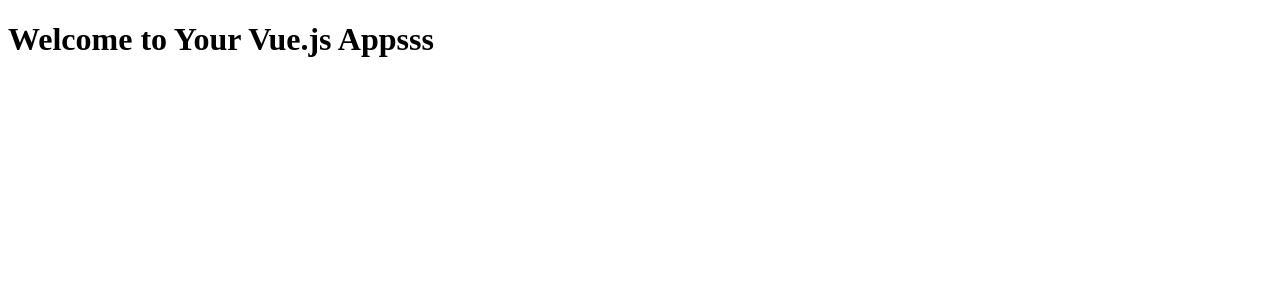
Repository: no-na-ka/test-validate
Page: /
These files come from the project's save history. The page is drawn as it stood at one moment and after the next save; the edit follows.
The browser window is 1280 px wide. The pictures show the whole page.
The project was rebuilt for these pictures with package versions that can differ from the ones it lists, and the page was loaded fresh each time. Also part of the build but not shown: webpack.config.js.

Above is the page before, as saved 2019-03-27 17:30:24.

### index.html
<!DOCTYPE html>
<html>
  <head>
    <meta http-equiv="X-UA-Compatible" content="IE=edge">
    <meta charset="utf-8">
    <title>vue-tutorial</title>
  </head>
<body>

<div id="app">
</div>

<script type="text/javascript" src="dist/bundle.js"></script>

</body>
</html>

### src/index.js
import Vue from 'vue';
import App from './App';
import VeeValidate from 'vee-validate';

Vue.use(VeeValidate);


Vue.config.productionTip = false;

new Vue({
  el: '#app',
  template: '<App/>',
  components: { App },
});

### src/App.vue
<template>
  <div id="app">
    <HelloWorld/>
  </div>
</template>

<script>
import HelloWorld from './components/HelloWorld'

export default {
  name: 'app',
  components: {
    HelloWorld
  }
}
</script>

### src/components/HelloWorld.vue
<template>
  <div class="hello">
    <h1>{{ msg }}</h1>
  </div>
</template>

<script>
export default {
  name: 'HelloWorld',
  data () {
    return {
      msg: 'Welcome to Your Vue.js Appsss'
    }
  }
}
</script>

After the next save:
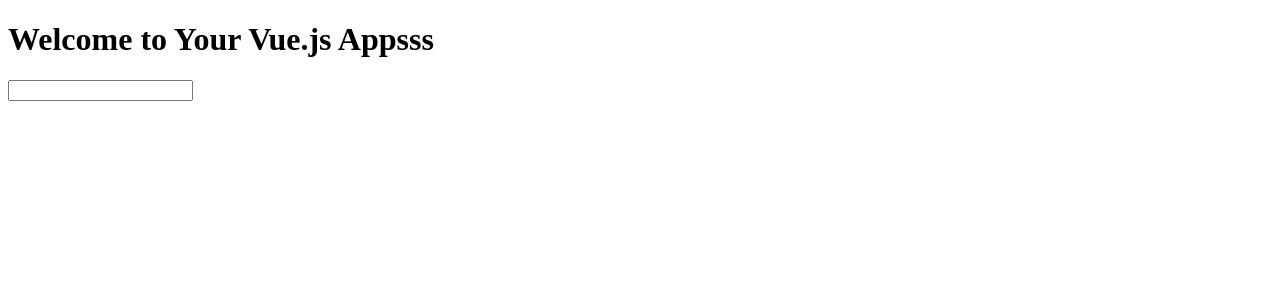
Saved 18 s later.
--- a/src/components/HelloWorld.vue
+++ b/src/components/HelloWorld.vue
@@ -1,6 +1,7 @@
 <template>
   <div class="hello">
     <h1>{{ msg }}</h1>
+    <input v-validate="'required|email'" name="email" type="text">
   </div>
 </template>
 

After the save that followed:
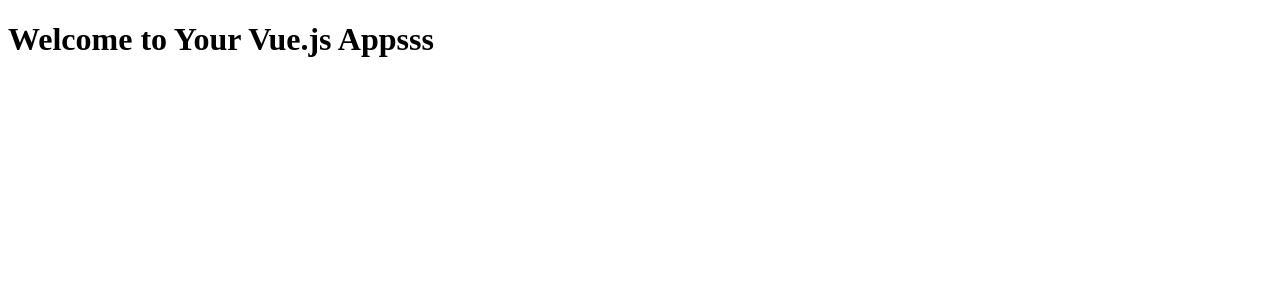
Saved 6 s later.
--- a/src/components/HelloWorld.vue
+++ b/src/components/HelloWorld.vue
@@ -1,7 +1,7 @@
 <template>
   <div class="hello">
     <h1>{{ msg }}</h1>
-    <input v-validate="'required|email'" name="email" type="text">
+
   </div>
 </template>
 
